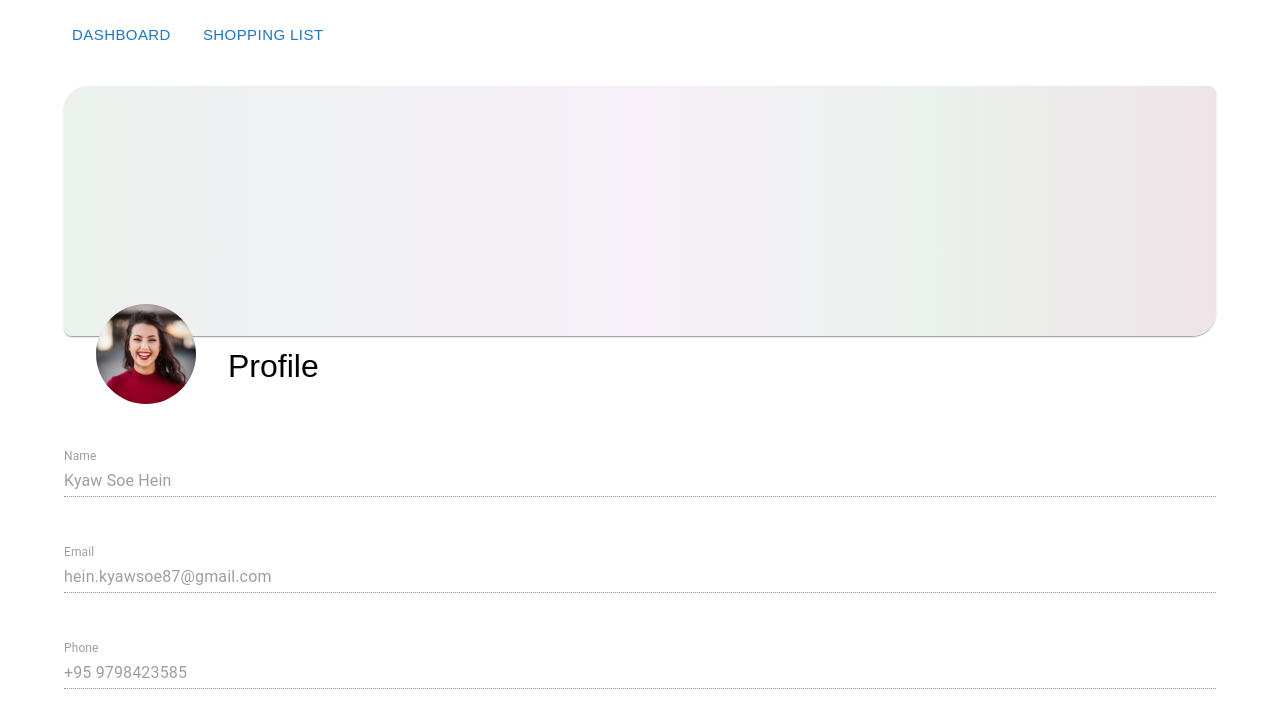
Repository: KyawSoeHein/GoogleAuthReact
Page: /
An editor plug-in stored every save of this project. The page is shown before and after a run of saves, followed by the edit.
The browser window is 1280 px wide. The pictures show the whole page.
The project was rebuilt for these pictures with package versions that can differ from the ones it lists, and the page was loaded fresh each time.

Above is the page before, as saved 2022-02-14 20:21:33.

### src/index.tsx
import React from "react";
import ReactDOM from "react-dom";
import "./index.css";
import App from "./App";
import Dashboard from "./View/Dashboard";
import reportWebVitals from "./reportWebVitals";

ReactDOM.render(
  <React.StrictMode>
    <Dashboard />
  </React.StrictMode>,
  document.getElementById("root")
);

// If you want to start measuring performance in your app, pass a function
// to log results (for example: reportWebVitals(console.log))
// or send to an analytics endpoint. Learn more: https://bit.ly/CRA-vitals
reportWebVitals();

### src/View/Dashboard.tsx
import React from "react";
import { Container, Grid, Stack } from "@mui/material";
import MenuSelection from "../Components/MenuSelection";
import UserInfo from "../Components/UserInfo";
import CoverAndProfilePhoto from "../Components/CoverAndProfilePhoto";

const Dashboard = () => {
  const dividerSpace = 16;

  return (
    <Grid>
      <Container>
        <div style={{ marginTop: dividerSpace }}>
          <MenuSelection />
        </div>

        <div style={{ marginTop: 2 * dividerSpace }}>
          <CoverAndProfilePhoto />
        </div>

        <div style={{ marginTop: 2 * dividerSpace }}>
          <UserInfo />
        </div>
      </Container>
    </Grid>
  );
};

export default Dashboard;

### src/Components/MenuSelection.tsx
import React from "react";
import { Button, Stack } from "@mui/material";
import "../App.css";

const MenuSelection = () => {
  const buttonFontSize = 15;

  return (
    <Stack direction={"row"} spacing={2}>
      <Button sx={{ fontSize: buttonFontSize, fontFamily: "sans-serif" }}>
        Dashboard
      </Button>
      <Button sx={{ fontSize: buttonFontSize, fontFamily: "sans-serif" }}>
        Shopping List
      </Button>
    </Stack>
  );
};

export default MenuSelection;

### src/Components/UserInfo.tsx
import React from "react";
import { Button, Stack, TextField } from "@mui/material";
import "../App.css";

const UserInfo = () => {
  const buttonFontSize = 15;

  return (
    <Stack spacing={6}>
      <TextField
        disabled
        id="standard-disabled"
        label="Name"
        defaultValue="Kyaw Soe Hein"
        variant="standard"
      />

      <TextField
        disabled
        id="standard-disabled"
        label="Email"
        defaultValue="hein.kyawsoe87@gmail.com"
        variant="standard"
      />

      <TextField
        disabled
        id="standard-disabled"
        label="Phone"
        defaultValue="+95 9798423585"
        variant="standard"
      />
    </Stack>
  );
};

export default UserInfo;

### src/Components/CoverAndProfilePhoto.tsx
import React from "react";
import { Avatar, Button, Paper, Stack } from "@mui/material";
import "../App.css";
import profile from "../images/profile.jpg";

const CoverAndProfilePhoto = () => {
  return (
    <div>
      <Paper
        elevation={1}
        sx={{
          height: 250,
          borderTopRightRadius: 8,
          borderTopLeftRadius: 24,
          borderBottomLeftRadius: 8,
          borderBottomRightRadius: 24,
          background:
            "linear-gradient(to right, rgb(235,241,237), rgb(241,241,244), rgb(247,240,248), rgb(235,241,237), rgb(238,228,232))",
        }}
      ></Paper>

      <div className="coverPhoto">
        <Avatar
          alt="Remy Sharp"
          src={profile}
          sx={{ width: 100, height: 100, marginTop: -4, marginLeft: 4 }}
        />
        <div style={{ marginLeft: 32, marginTop: -20 }}>
          <p className="profileTitle">Profile</p>
        </div>
      </div>
    </div>
  );
};

export default CoverAndProfilePhoto;

### src/App.css
.App {
  text-align: center;
}

.App-logo {
  height: 40vmin;
  pointer-events: none;
}

@media (prefers-reduced-motion: no-preference) {
  .App-logo {
    animation: App-logo-spin infinite 20s linear;
  }
}

.App-header {
  background-color: #282c34;
  min-height: 100vh;
  display: flex;
  flex-direction: column;
  align-items: center;
  justify-content: center;
  font-size: calc(10px + 2vmin);
  color: white;
}

.App-link {
  color: #61dafb;
}

@keyframes App-logo-spin {
  from {
    transform: rotate(0deg);
  }
  to {
    transform: rotate(360deg);
  }
}

.profileTitle {
  font-size: 32px;
  font-family: sans-serif;
  /* font-weight: bold; */
}

.coverPhoto {
  display: flex;
  flex-direction: row;
  flex: 1;
}

Loaded but not shown: public/index.html (common file); src/index.css (common file); src/reportWebVitals.ts (common file)

After the next 2 saves:
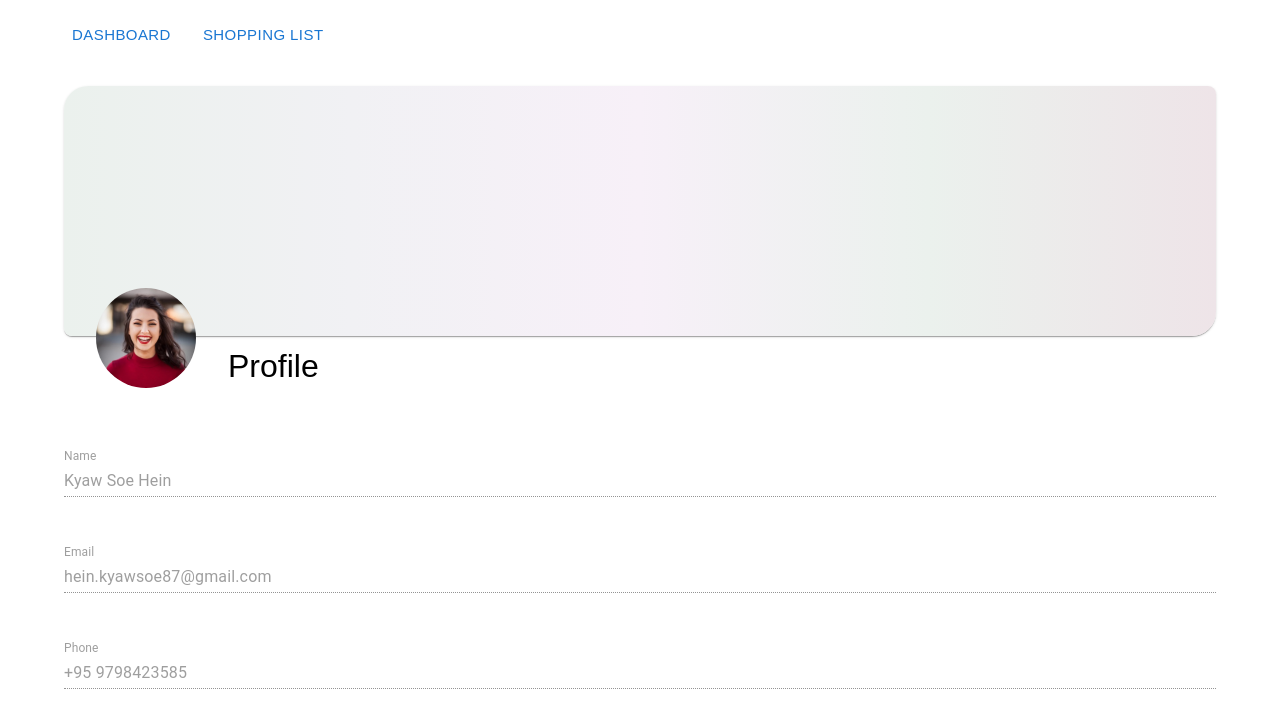
The 2 saves are shown as one change because they came seconds apart.
The last was saved 14 s later.
--- a/src/Components/CoverAndProfilePhoto.tsx
+++ b/src/Components/CoverAndProfilePhoto.tsx
@@ -23,7 +23,7 @@ const CoverAndProfilePhoto = () => {
         <Avatar
           alt="Remy Sharp"
           src={profile}
-          sx={{ width: 100, height: 100, marginTop: -4, marginLeft: 4 }}
+          sx={{ width: 100, height: 100, marginTop: -6, marginLeft: 4 }}
         />
         <div style={{ marginLeft: 32, marginTop: -20 }}>
           <p className="profileTitle">Profile</p>
